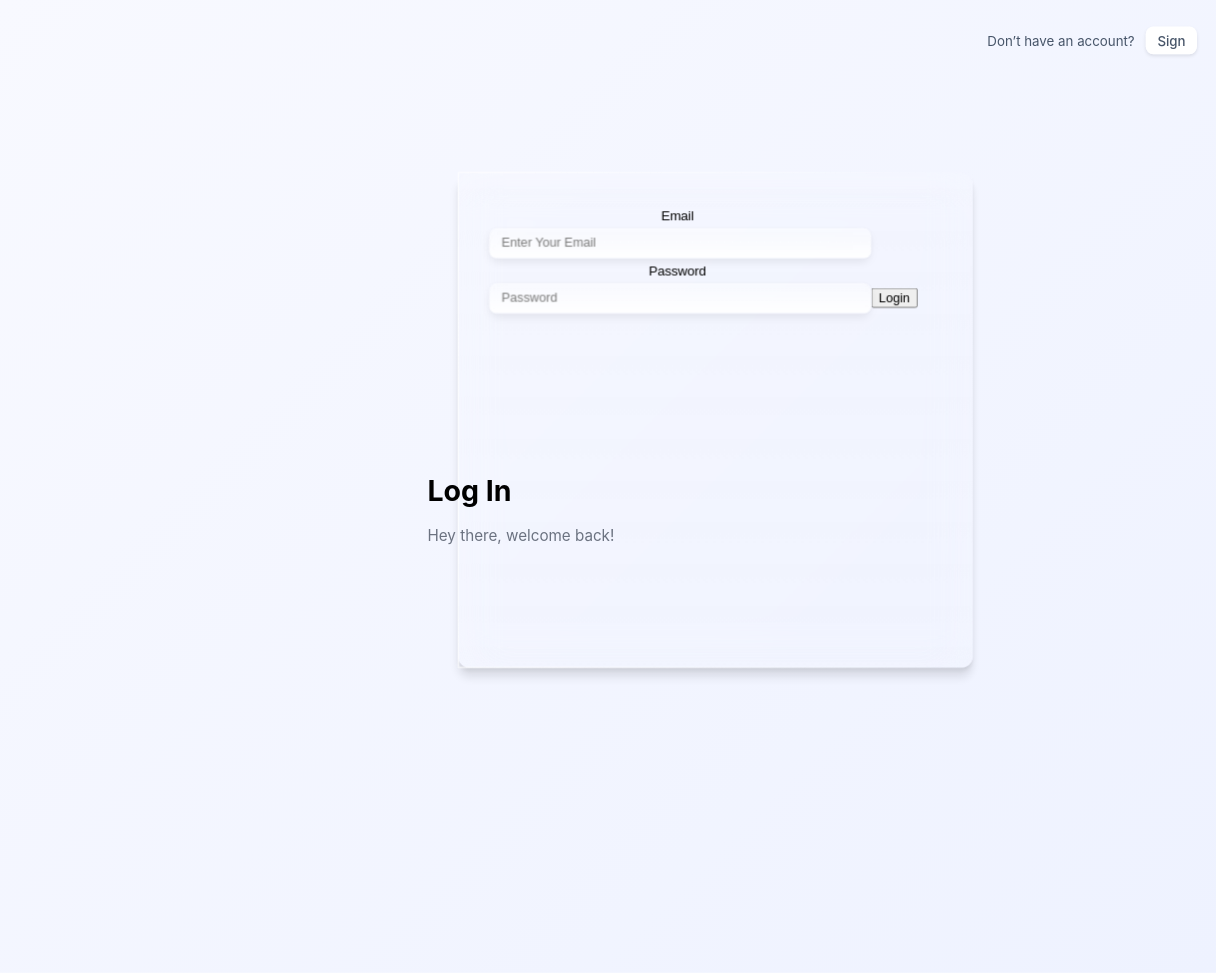
Repository: AfifaNoor/Admin_Panel-React-
Page: /
The author's editor kept a copy of each file at every save. The page is drawn from the files as they stood at one save, then again after the next save.
The browser window is 1280 px wide. The pictures show the whole page, at 95% of full size.
The project was rebuilt for these pictures with package versions that can differ from the ones it lists, and the page was loaded fresh each time. Also part of the build but not shown: src/SignUp.jsx.

Above is the page before, as saved 2025-07-10 16:18:18.

### src/App.js
import React from 'react'
import LoginPage from './LoginPage'
import { RouterProvider } from 'react-router-dom'
import Router from './Router'

const App = () => {
  return (
    <>
      {/* <RouterProvider router={Router}/> */}
      <LoginPage/>
    </>


  )
}

export default App

### src/LoginPage.jsx
import React, { useState } from 'react'
// import {Navigate, useNavigate} from 'react-router-dom';
import "./LoginPage.css"
import { ToastContainer, toast } from 'react-toastify';
import 'react-toastify/dist/ReactToastify.css';

const LoginPage = () => {
    const[email , setEmail]=useState('')
    const [password , setPassword] = useState('')
    // const navigate= useNavigate();

const handleSubmit =(e)=>{
    e.preventDefault();

 const hardcoreMail="login@gmail.com";
 const hardcorePassword = '1234567'

    if (email=== hardcoreMail && password === hardcorePassword){
        alert("Login Successfull")

    }else{
        alert("Invalid Credential")
    }

}



  return (
 <div className="login-container">

      <div className="signup-redirect">
        <p>
          Don’t have an account?{' '}
          {/* <span className="signup-link" onClick={() => navigate('/sign-up')}> */}
            {/* Sign Up */}
          {/* </span> */}
          <span className="signup-link" >
            Sign
          </span>
        </p>
      </div>

      <div className="title">
        <h1>Log In</h1>
        <p>Hey there, welcome back!</p>
      </div>

    <div>



    </div>

      <form className="login-form" onSubmit={handleSubmit}>
      <label className='form-label'>Email</label>
        <input
          type="email"
          className="form-input"
          value={email}
          placeholder="Enter Your Email"
          onChange={(e) => setEmail(e.target.value)}
          required
        />

        <label className='form-label'>Password</label>
        <input
          type="password"
          className="form-input"
          placeholder="Password"
          value={password}
          onChange={(e) => setPassword(e.target.value)}
          required
        />

        <button className="login-btn" type="submit">
          Login
        </button>

        {/* <ToastContainer /> */}
      </form>
    </div>
  );
}

export default LoginPage

### src/Router.jsx
import React from 'react';
import { createBrowserRouter , createRoutesFromElements , Route } from 'react-router-dom';
import LoginPage from './LoginPage';
import SignUp from './SignUp';

const Router = createBrowserRouter(
  createRoutesFromElements(
    <>

      <Route path='/sign-up' element={<SignUp/>}/>
      <Route path='login-page' element={<LoginPage/>}/>
    </>
  )
)

export default Router;

### src/LoginPage.css
.login-container {
  width: 100%;
  height: 1024px;
  /* background: #FFFFFF; */
  opacity: 1;
  transform: rotate(0deg);
  display: flex;
  justify-content: center;
  align-items: center;
  background: linear-gradient(135deg, #f8f9ff, #eef2ff);
  flex-direction: column;
  /* font-family: 'Inter','sans-serif'; */
  position: relative;


}
.signup-redirect {
  position: absolute;
  top: 20px;
  right: 20px;
  font-size: 14px;
  color: #475569;
}

.signup-link {
  background: #ffffff;
  border-radius: 8px;
  padding: 6px 12px;
  margin-left: 8px;
  box-shadow: 0 2px 4px rgba(0,0,0,0.1);
  cursor: pointer;
  font-weight: 500;
  transition: all 0.3s ease;
}

.signup-link:hover {
  background: #f0f0f0;
}


.title{
  z-index: 3;
  width: 380px;
  height: 72px;
  opacity: 1;
  gap: 10px;

}

.title h1 {
width: 380px;
height: 40px;
font-family: 'Inter', sans-serif;
font-weight: 600px;
font-size: 30px;
line-height: 40px;
letter-spacing: -1%;
margin-bottom: 8px;
}

.title p{
  font-size: 16px;
  font-style: Inter;
  font-weight: 400px;
  font-style:normal;
  line-height: 22px;
  letter-spacing: -1%;
  color: rgba(107, 114, 128, 1);
  margin-bottom: 24px;

}

.login-form{
  width: 476px;
  height: 456px;
  position: absolute;
  top: 180.5px;
  left: 482px;
  border-radius: 12px;
  padding: 32px;
  gap: 10px;
  opacity: 1;
  flex-direction: column;

  z-index: 2;

  background: linear-gradient(180deg, rgba(255, 255, 255, 0) -9.58%, rgba(255, 255, 255, 0.052) 100%);
  border: 1px solid transparent;
  border-image-source: linear-gradient(93.78deg, #FFFFFF 8.04%, rgba(255, 255, 255, 0) 100%);
  border-image-slice: 1;


-webkit-backdrop-filter: blur(20px);
backdrop-filter: blur(20px);

box-shadow:
  0px 10px 10px 0px rgba(0, 0, 0, 0.10),
  0px 4px 4px 0px rgba(0, 0, 0, 0.05),
  0px 1px 0px 0px rgba(0, 0, 0, 0.05),
  inset 0px 20px 50px 0px rgba(255, 255, 255, 0.15);

}

.form-label{
width: 380px;
height: 22px;
transform: rotate(0deg);
opacity: 1;
gap: 12px;
text-align: left;

font-family: 'Intern',sans-serif;
font-weight: 500px;
font-size: 14px;
line-height: 22px;
letter-spacing: -0.01em;

color:black;


border: none;
border-radius: 6px;
padding: 2px 8px;
cursor: pointer;
display: inline-flex;
align-items: center;
justify-content: center;

}

.form-input{

 width: 380px;
  height: 20px;
  min-width: 140px;
  max-width: 500px;
  transform: rotate(0deg);
  opacity: 1;
  border-radius: 8px;
  border-width: 1px;
  padding: 5px 8px 5px 12px;
  gap: 8px;

  background: linear-gradient(0deg, rgba(255, 255, 255, 0.9) 0%, rgba(255, 255, 255, 0.4) 100%);
  border: 1px solid transparent; /* fallback for border-image */

  border-image:
    linear-gradient(0deg, rgba(255, 255, 255, 0.1), rgba(255, 255, 255, 0.1)),
    linear-gradient(360deg, rgba(255, 255, 255, 0.5) 0%, rgba(255, 255, 255, 0) 100%);
  border-image-slice: 1;


  -webkit-backdrop-filter: blur(20px);
  backdrop-filter: blur(20px);
  box-shadow: 0 4px 10px rgba(0,0,0,0.08);
  cursor: pointer;
}

Loaded but not shown: public/index.html (common file); src/index.js (common file); src/index.css (common file); src/reportWebVitals.js (common file)

After the next save:
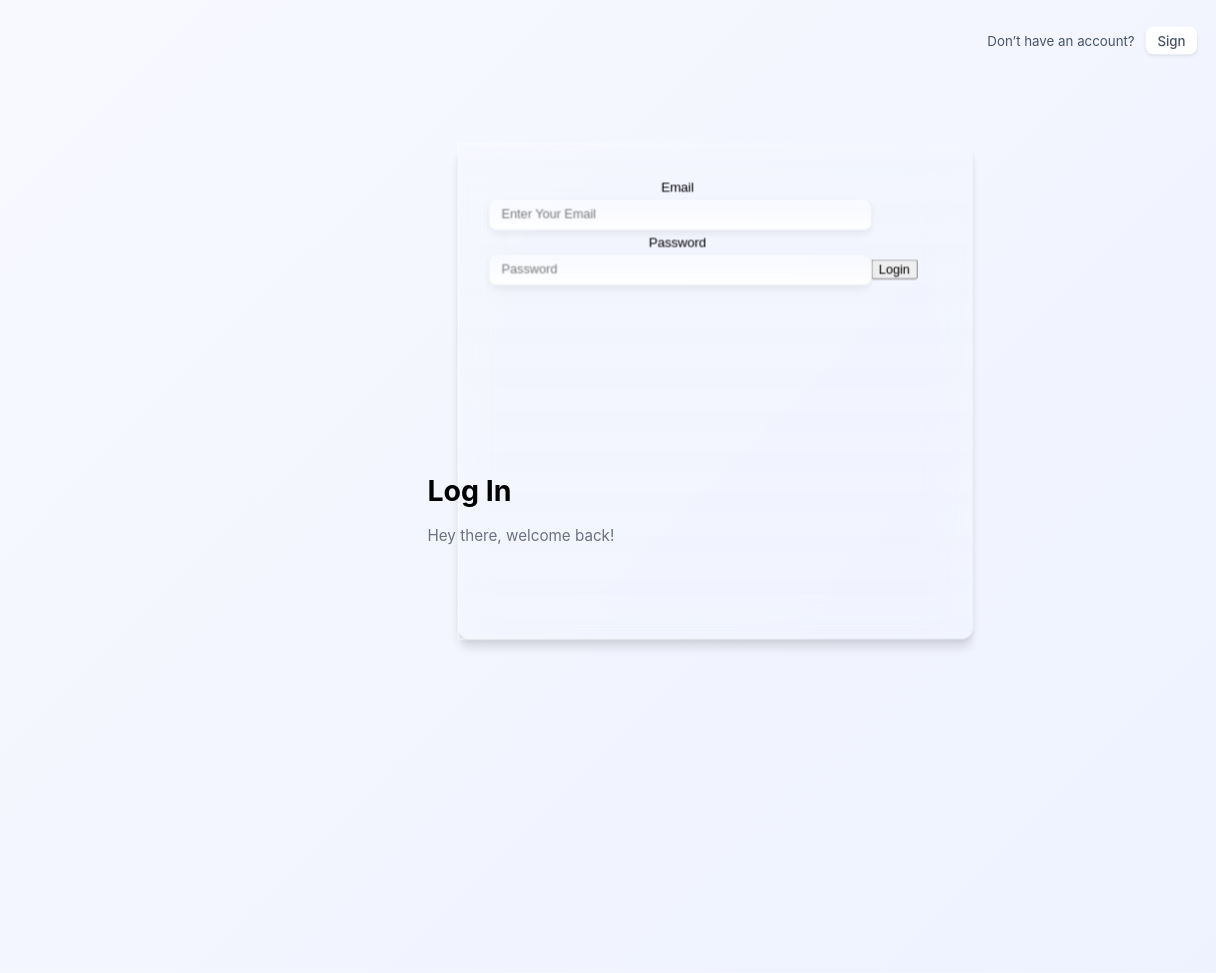
Saved 6 s later.
--- a/src/LoginPage.css
+++ b/src/LoginPage.css
@@ -74,7 +74,7 @@ margin-bottom: 8px;
   width: 476px;
   height: 456px;
   position: absolute;
-  top: 180.5px;
+  top: 150.5px;
   left: 482px;
   border-radius: 12px;
   padding: 32px;
